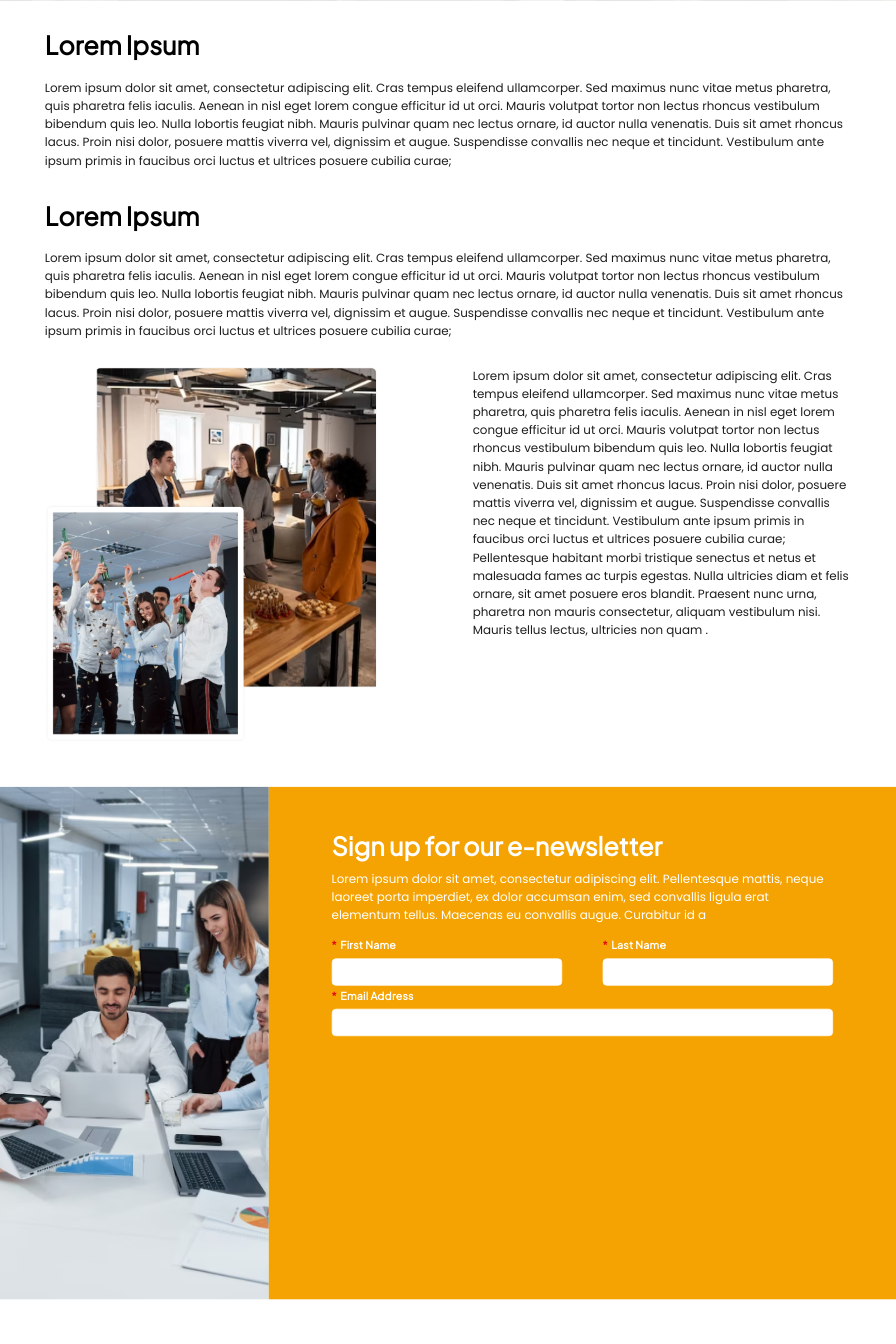
Repository: Akash8377/Hospitality-website
Page: /about-us
An editor plug-in stored every save of this project. The page is shown before and after the next save, followed by the edit.
The browser window is 1280 px wide. The pictures show the part of the page from y = 683 to 2603 px (the page is 2603 px tall), at 70% of full size.
Some web libraries are served in a nearby version. The project was rebuilt for these pictures with package versions that can differ from the ones it lists, and the page was loaded fresh each time. Also part of the build but not shown: src/Component/Partial/heading-cont.js, src/Component/Shared/about-us.js, src/Component/Shared/Banner.js, src/Component/Shared/popular-jobs.js, src/Component/Sliders/ServiceSlider.js, src/Component/Sliders/ReviewSlider.js, src/Component/Partial/index-banner.js, src/Component/Partial/index-buisness-banner.js and 2 more.

Above is the page before, as saved 2023-07-07 12:13:43.

After the next save:
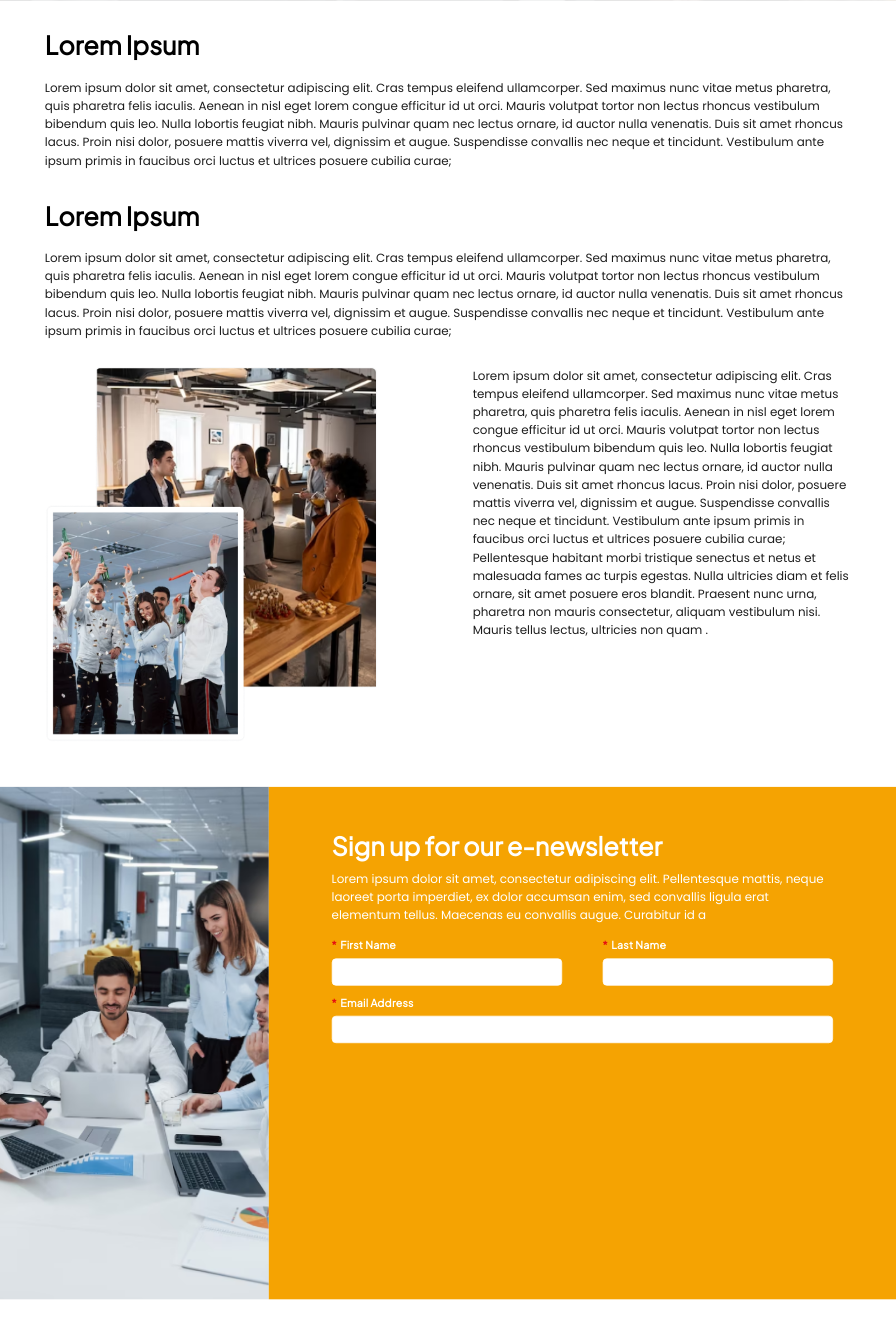
Saved 24 s later.
--- a/src/Css/Lap.css
+++ b/src/Css/Lap.css
@@ -840,6 +840,9 @@
   font-size: 18px;
   font-style: normal;
 }
+.About-Us_Newsletter .right .content form .Single_Input {
+  margin-top: 10px;
+}
 .About-Us_Newsletter .right .content form .Single_Input div{
   width: 100%;
   display: flex;
